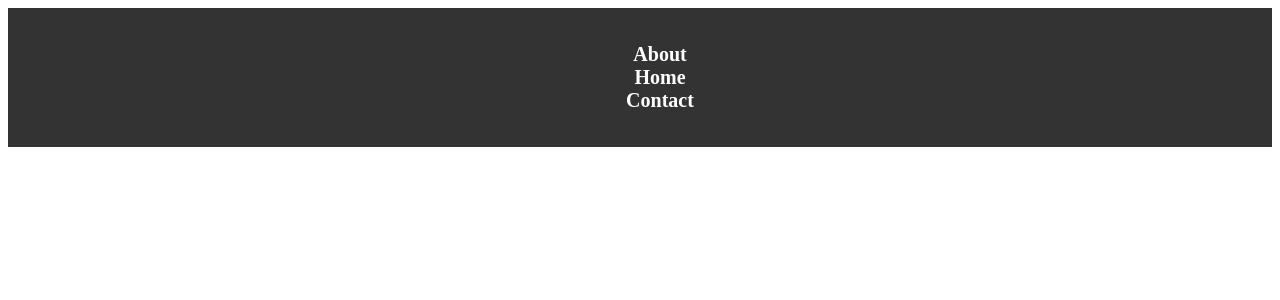
Repository: EMERIC237/codeFi-js
Page: week1/exercise5/index.html
An editor plug-in stored every save of this project. The page is shown before and after a run of saves, followed by the edit.
The browser window is 1280 px wide. The pictures show the whole page.

Above is the page before, as saved 2023-08-21 19:45:51.

### week1/exercise5/index.html
<!DOCTYPE html>
<html lang="en">
<head>
    <meta charset="UTF-8">
    <meta name="viewport" content="width=device-width, initial-scale=1.0">
    <link rel="stylesheet" href="style.css">
    <title>Document</title>
</head>
<body>
    <header>
        <nav>
            <ul>
                <li><a>About</a></li>
                <li><a>Home</a></li>
                <li><a>Contact</a></li>
            </ul>
        </nav>
    </header>
</body>
</html>

### week1/exercise5/style.css
header{
    background-color: #333;
    color: #fff;
    padding: 15px;
    text-align: center;
    font-size: 20px;
    font-weight: bold;
    margin-bottom: 20px;
}

nav ul {
    list-style-type: none;
    dif

}

After the next 3 saves:
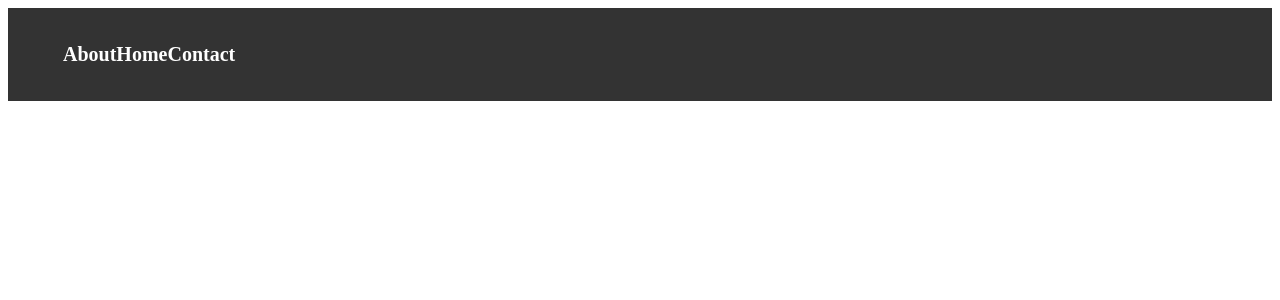
The 3 saves are shown as one change because they came seconds apart.
The last was saved 9 s later.
--- a/week1/exercise5/style.css
+++ b/week1/exercise5/style.css
@@ -10,6 +10,7 @@ header{
 
 nav ul {
     list-style-type: none;
-    dif
+    display: flex;
+
 
 }
